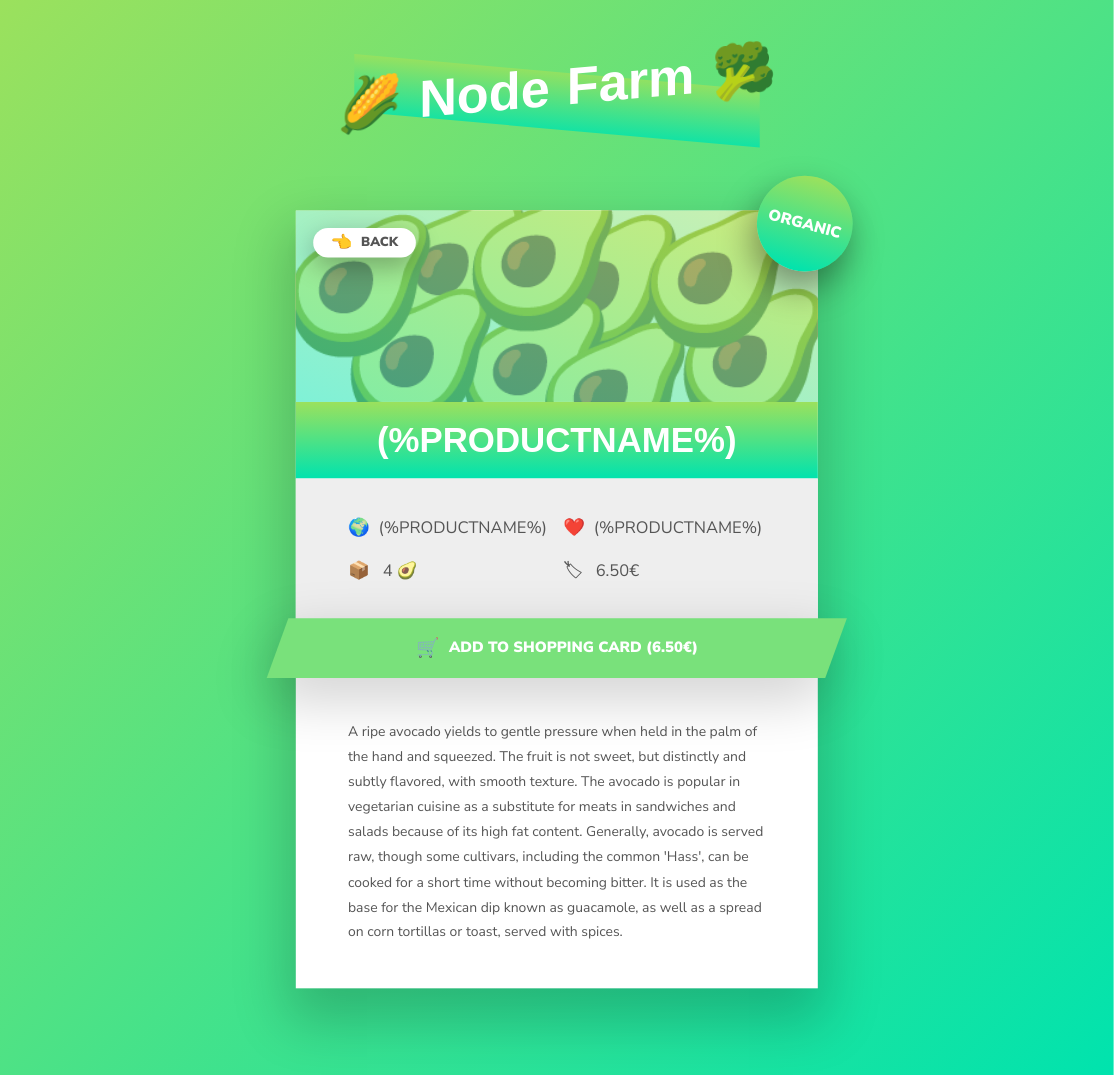
Repository: smit1298/complete-node-bootcamp
Page: node-farm/starter/templates/product.html
The author's editor kept a copy of each file at every save. The page is drawn from the files as they stood at one save, then again after the next save.
The browser window is 1280 px wide. The pictures show the whole page, at 87% of full size.
Some web fonts or font styles are not loaded; a fallback is used.

Above is the page before, as saved 2021-07-21 12:59:25.

### node-farm/starter/templates/product.html
<!DOCTYPE html>
<html lang="en">
  <head>
    <meta charset="UTF-8" />
    <meta name="viewport" content="width=device-width, initial-scale=1.0" />
    <meta http-equiv="X-UA-Compatible" content="ie=edge" />
    <link
      href="https://fonts.googleapis.com/css?family=Megrim|Nunito+Sans:400,900"
      rel="stylesheet"
    />
    <link
      rel="icon"
      href="https://emojipedia-us.s3.dualstack.us-west-1.amazonaws.com/thumbs/240/apple/155/ear-of-maize_1f33d.png"
    />

    <title>Fresh Avocados 🥑 /// NODE FARM</title>

    <style>
      *,
      *::before,
      *::after {
        margin: 0;
        padding: 0;
        box-sizing: inherit;
      }

      html {
        font-size: 62.5%;
        box-sizing: border-box;
      }

      body {
        padding: 5rem 5rem 10rem;
        line-height: 1.7;
        font-family: 'Nunito Sans', sans-serif;
        color: #555;
        min-height: 100vh;
        background: linear-gradient(to bottom right, #9be15d, #00e3ae);
      }

      h1 {
        font-family: 'Megrim', sans-serif;
        font-size: 6rem;
        color: white;
        transform: skewY(-5deg);
        text-align: center;
        position: relative;
        word-spacing: 3px;
      }

      h1::before {
        content: '';
        display: block;
        height: 65%;
        width: 49%;
        position: absolute;
        top: 105%;
        left: 50%;
        background: linear-gradient(to bottom, #9be15d, #00e3ae);
        opacity: 0.8;
        z-index: -1;
        transform: skewY(370deg) translate(-50%, -50%);
      }

      .container {
        width: 95rem;
        margin: 0 auto;
      }

      .product {
        width: 60rem;
        margin: 0 auto;
        margin-top: 9rem;
        background: white;
        box-shadow: 0 3rem 6rem 1rem rgba(0, 0, 0, 0.2);
        position: relative;
      }

      .product__hero {
        position: relative;
        height: 22rem;
        overflow: hidden;
      }

      .product__hero::before {
        content: '';
        display: block;
        height: 100%;
        width: 100%;
        position: absolute;
        top: 0;
        left: 0;
        background-image: linear-gradient(to left bottom, #9be15d, #00e3ae);
        opacity: 0.5;
        z-index: 100;
      }

      .product__emoji {
        font-size: 15rem;
        position: absolute;
      }

      .product__emoji--1 {
        top: -4rem;
        left: -2rem;
        z-index: 10;
      }

      .product__emoji--2 {
        top: -6rem;
        left: 9rem;
      }

      .product__emoji--3 {
        top: -4rem;
        right: 15rem;
      }

      .product__emoji--4 {
        top: -5rem;
        right: 2rem;
        z-index: 10;
      }

      .product__emoji--5 {
        bottom: -9rem;
        left: 18rem;
      }

      .product__emoji--6 {
        bottom: -8rem;
        left: 5rem;
      }

      .product__emoji--7 {
        bottom: -12rem;
        right: 14rem;
      }

      .product__emoji--8 {
        bottom: -8rem;
        right: -2rem;
      }

      .product__emoji--9 {
        top: -7rem;
        left: 19rem;
      }

      .product__organic {
        position: absolute;
        top: -4rem;
        right: -4rem;
        z-index: 1000;
        height: 11rem;
        width: 11rem;
        background-image: linear-gradient(to bottom, #9be15d, #00e3ae);
        border-radius: 50%;
        transform: rotate(15deg);
        box-shadow: 0 2rem 4rem rgba(0, 0, 0, 0.4);
        display: flex;
        align-items: center;
        justify-content: center;
      }

      .product__organic h5 {
        font-weight: 900;
        text-transform: uppercase;
        font-size: 1.8rem;
        color: white;
      }

      .product__back:link,
      .product__back:visited {
        position: absolute;
        top: 2rem;
        left: 2rem;
        font-size: 1.5rem;
        font-weight: 700;
        text-transform: uppercase;
        text-decoration: none;
        z-index: 1000;
        color: #555;
        background-color: white;
        box-shadow: 0 1rem 3rem rgba(0, 0, 0, 0.3);
        border-radius: 100rem;
        padding: 0 2rem;
        transition: all 0.3s;
        display: flex;
        align-items: center;
      }

      .product__back:hover,
      .product__back:active {
        background-color: #79e17b;
      }

      .product__name {
        background: linear-gradient(to bottom, #9be15d, #00e3ae);
        padding: 1rem;
        font-family: 'Megrim', sans-serif;
        font-size: 4rem;
        color: white;
        text-align: center;
        word-spacing: 2px;
      }

      .product__details {
        background-color: #eee;
        padding: 4rem 6rem;
        font-size: 1.9rem;
        display: grid;
        grid-template-columns: 1fr 1fr;
        grid-gap: 1.5rem;
      }

      .product__description {
        padding: 5rem 6rem;
        font-size: 1.6rem;
        line-height: 1.8;
      }

      .product__link:link,
      .product__link:visited {
        display: block;
        background-color: #79e17b;
        color: white;
        font-size: 1.6rem;
        font-weight: 700;
        text-transform: uppercase;
        text-decoration: none;
        padding: 1.5rem;
        text-align: center;
        transform: scale(1.07) skewX(-20deg);
        box-shadow: 0 2rem 6rem rgba(0, 0, 0, 0.2);
        display: flex;
        align-items: center;
        justify-content: center;
        transition: all 0.3s;
      }

      .product__link:hover,
      .product__link:active {
        background-color: #9be15d;
        transform: scale(1.1) skewX(-20deg);
      }

      .product__link span {
        transform: skewX(20deg);
      }

      .emoji-left {
        font-size: 2rem;
        margin-right: 1rem;
      }

      .emoji-right {
        font-size: 2rem;
        margin-left: 1rem;
      }

      .not-organic {
        display: none;
      }
    </style>
  </head>

  <body>
    <div class="container">
      <h1>🌽 Node Farm 🥦</h1>

      <figure class="product">
        <div class="product__organic"><h5>Organic</h5></div>
        <a href="#" class="product__back">
          <span class="emoji-left">👈</span>Back
        </a>
        <div class="product__hero">
          <span class="product__emoji product__emoji--1">🥑</span>
          <span class="product__emoji product__emoji--2">🥑</span>
          <span class="product__emoji product__emoji--3">🥑</span>
          <span class="product__emoji product__emoji--4">🥑</span>
          <span class="product__emoji product__emoji--5">🥑</span>
          <span class="product__emoji product__emoji--6">🥑</span>
          <span class="product__emoji product__emoji--7">🥑</span>
          <span class="product__emoji product__emoji--8">🥑</span>
          <span class="product__emoji product__emoji--9">🥑</span>
        </div>
        <h2 class="product__name">(%PRODUCTNAME%)</h2>
        <div class="product__details">
          <p><span class="emoji-left">🌍</span>(%PRODUCTNAME%)</p>
          <p><span class="emoji-left">❤️</span>(%PRODUCTNAME%)</p>
          <p><span class="emoji-left">📦</span> 4 🥑</p>
          <p><span class="emoji-left">🏷</span> 6.50€</p>
        </div>

        <a href="#" class="product__link">
          <span class="emoji-left">🛒</span>
          <span>Add to shopping card (6.50€)</span>
        </a>

        <p class="product__description">
          A ripe avocado yields to gentle pressure when held in the palm of the
          hand and squeezed. The fruit is not sweet, but distinctly and subtly
          flavored, with smooth texture. The avocado is popular in vegetarian
          cuisine as a substitute for meats in sandwiches and salads because of
          its high fat content. Generally, avocado is served raw, though some
          cultivars, including the common 'Hass', can be cooked for a short time
          without becoming bitter. It is used as the base for the Mexican dip
          known as guacamole, as well as a spread on corn tortillas or toast,
          served with spices.
        </p>
      </figure>

    </div>
  </body>
</html>

After the next save:
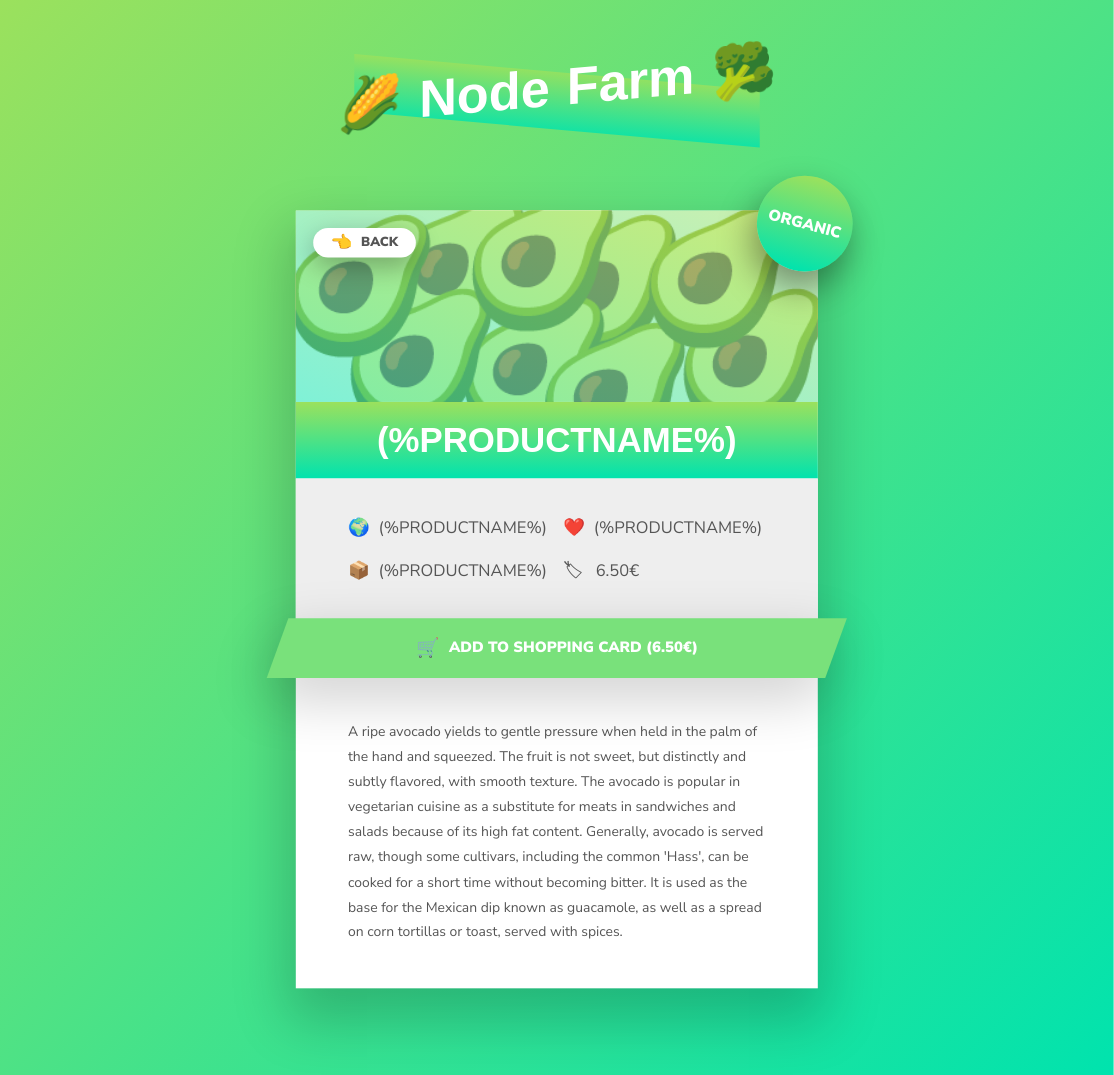
Saved 6 s later.
--- a/node-farm/starter/templates/product.html
+++ b/node-farm/starter/templates/product.html
@@ -289,7 +289,7 @@
         <div class="product__details">
           <p><span class="emoji-left">🌍</span>(%PRODUCTNAME%)</p>
           <p><span class="emoji-left">❤️</span>(%PRODUCTNAME%)</p>
-          <p><span class="emoji-left">📦</span> 4 🥑</p>
+          <p><span class="emoji-left">📦</span>(%PRODUCTNAME%)</p>
           <p><span class="emoji-left">🏷</span> 6.50€</p>
         </div>
 
